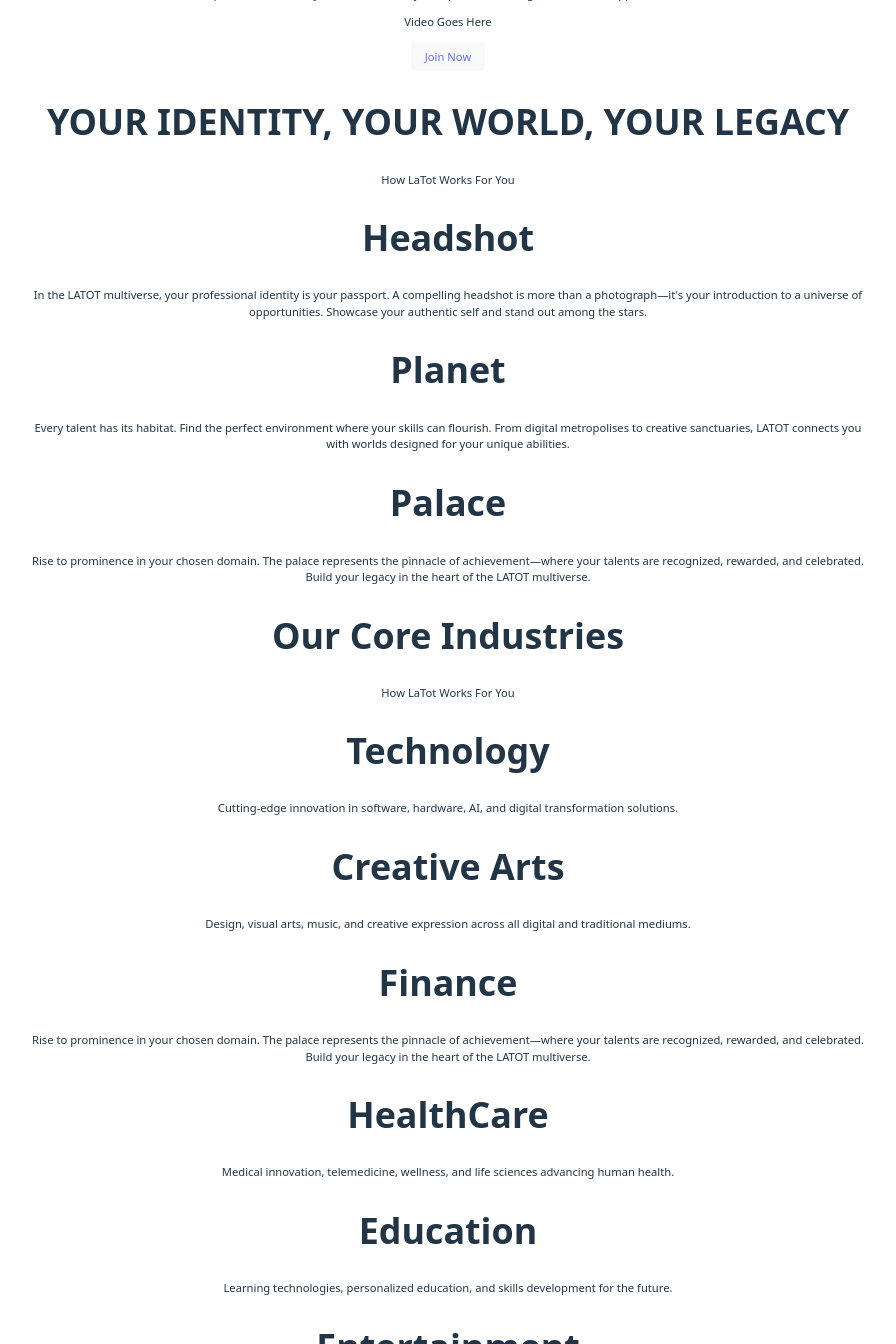
Repository: STR33T-K3Y5/LaTot
Page: /
These files come from the project's save history. The page is drawn as it stood at one moment and after a run of saves; the edit follows.
The browser window is 1280 px wide. The pictures show the part of the page from y = 549 to 2469 px (the page is 6648 px tall before and 6660 px after), at 70% of full size.
The project was rebuilt for these pictures with package versions that can differ from the ones it lists, and the page was loaded fresh each time. Also part of the build but not shown: vite.config.js, src/pages/FindTalent.jsx.

Above is the page before, as saved 2026-01-22 02:20:50.

After the next 2 saves:
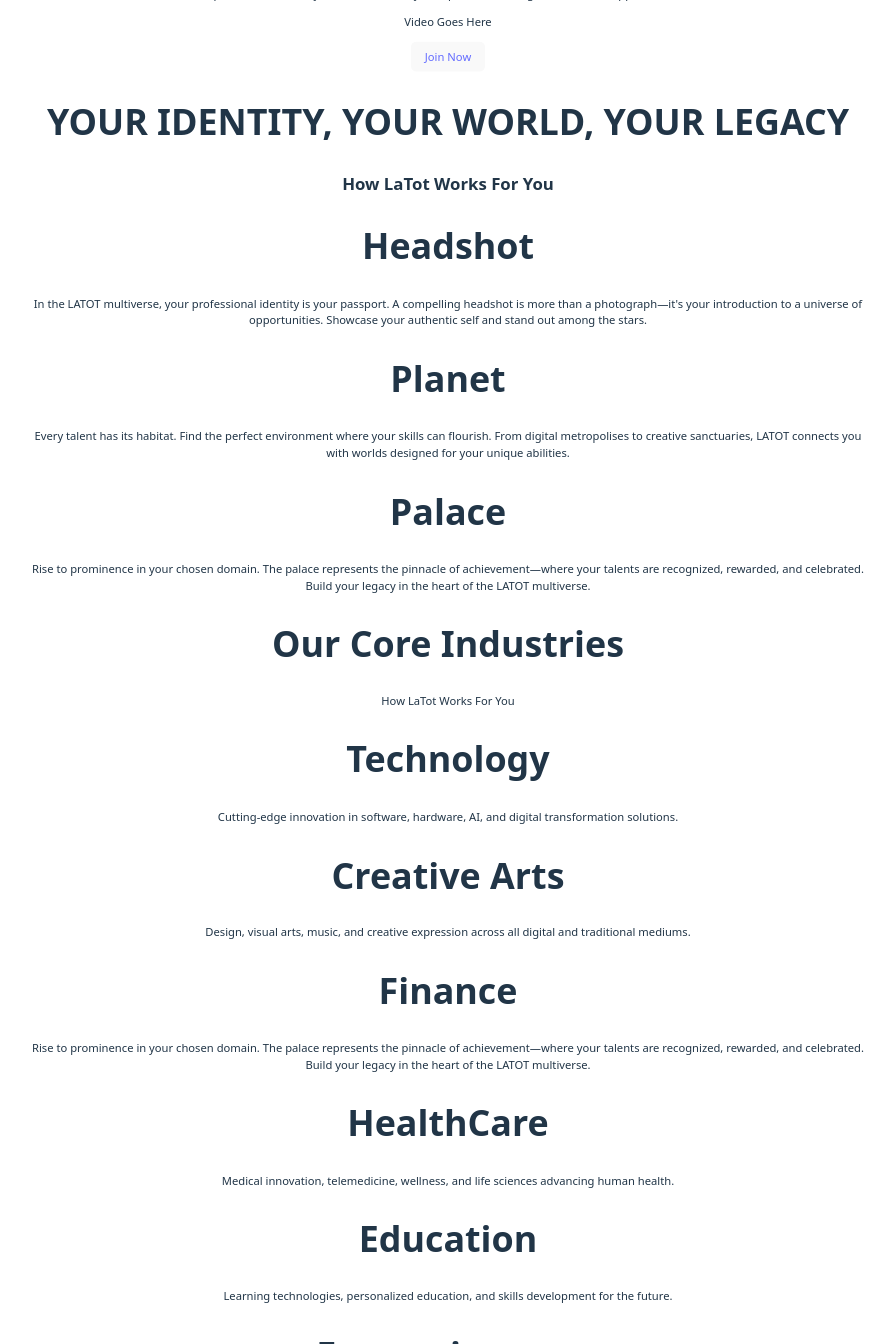
The 2 saves are shown as one change because they came seconds apart.
The last was saved 8 s later.
--- a/src/pages/Home.jsx
+++ b/src/pages/Home.jsx
@@ -20,7 +20,7 @@
       {/* About Section */}
       <section id="about-section">
         <h1 class="about-header">YOUR IDENTITY, YOUR WORLD, YOUR LEGACY</h1>
-        <p class="about-subheader">How LaTot Works For You</p>
+        <h2 class="about-subheader">How LaTot Works For You</h2>
         <div class="about-carousel">
           {/* Headshot */}
           <div class="about-item">
